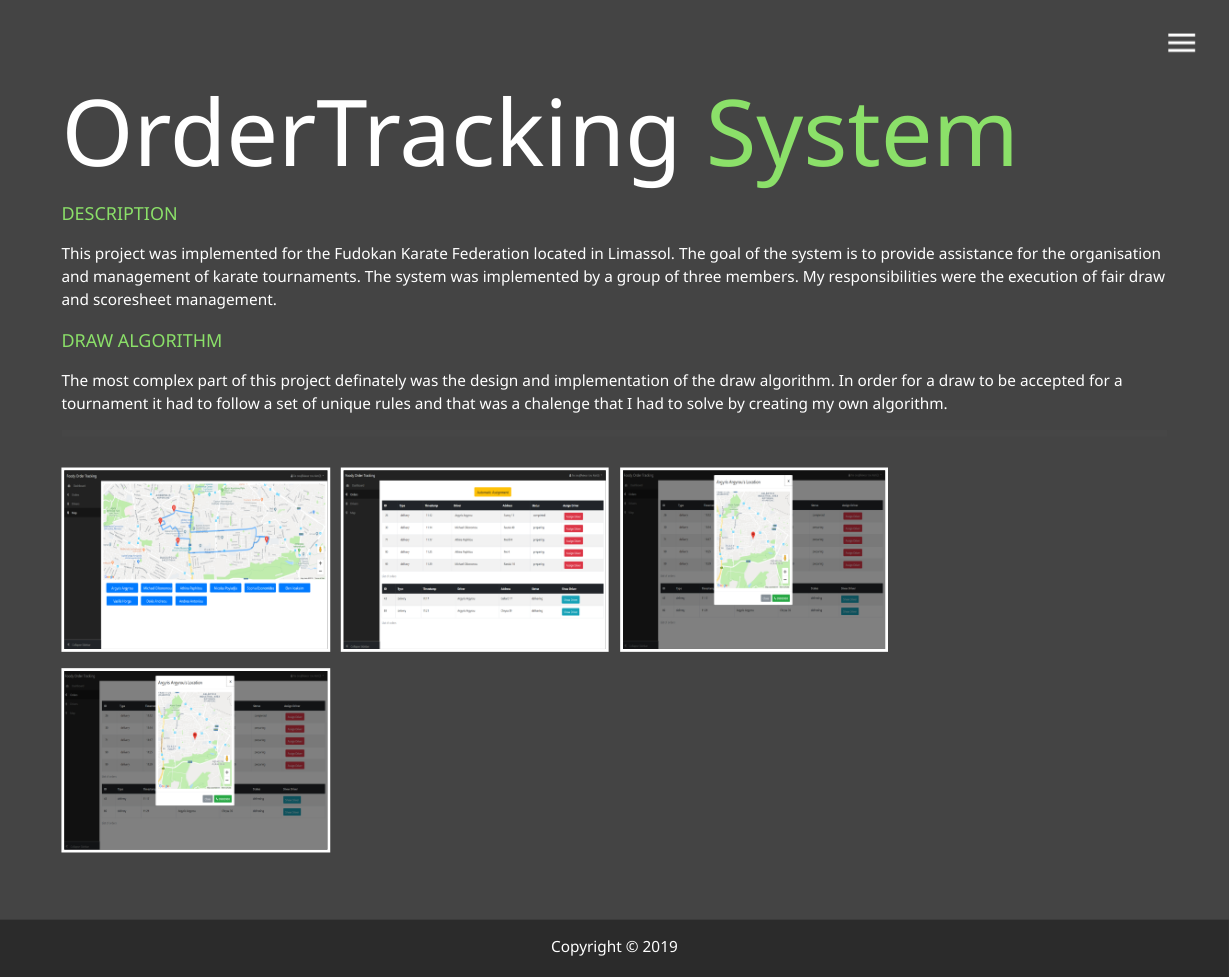
Repository: Preap/portfolio
Page: dist/projects/ordertracking.html
These files come from the project's save history. The page is drawn as it stood at one moment and after the next save; the edit follows.
The browser window is 1280 px wide. The pictures show the whole page, at 96% of full size.
Some web libraries are served in a nearby version.

Above is the page before, as saved 2019-06-06 01:35:37.

After the next save:
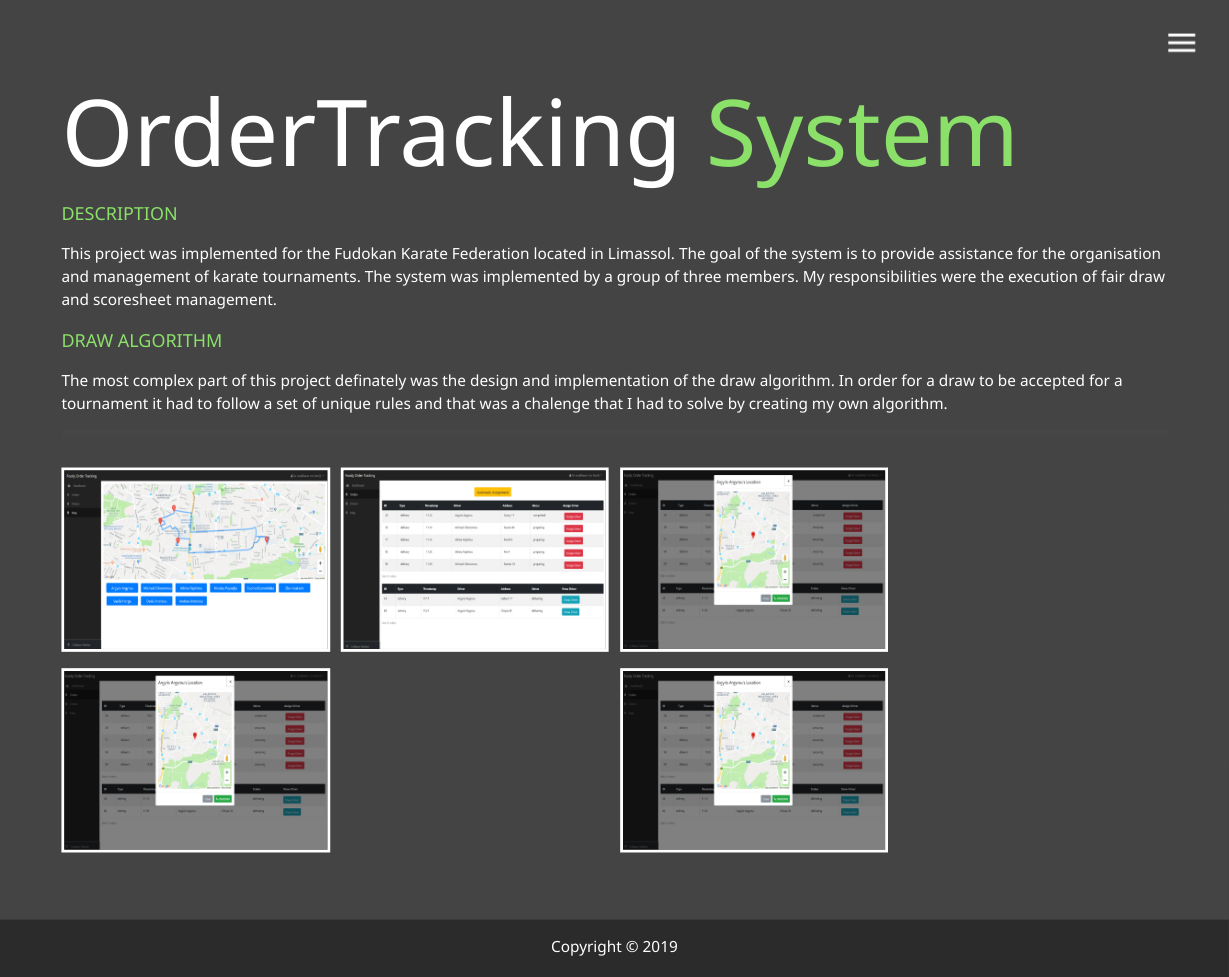
Saved 10 s later.
--- a/dist/projects/ordertracking.html
+++ b/dist/projects/ordertracking.html
@@ -80,7 +80,11 @@
         <div class="item">
                 <a href="#!">
                   <img src="../img/projects/ordertracking/image3.jpg" alt="ordertracking_image" />
-              </div>
+        </div>
+        <div class="item">
+                <a href="#!">
+                  <img src="../img/projects/ordertracking/image3.jpg" alt="ordertracking_image" />
+        </div>
       <br>
 
     </main>
